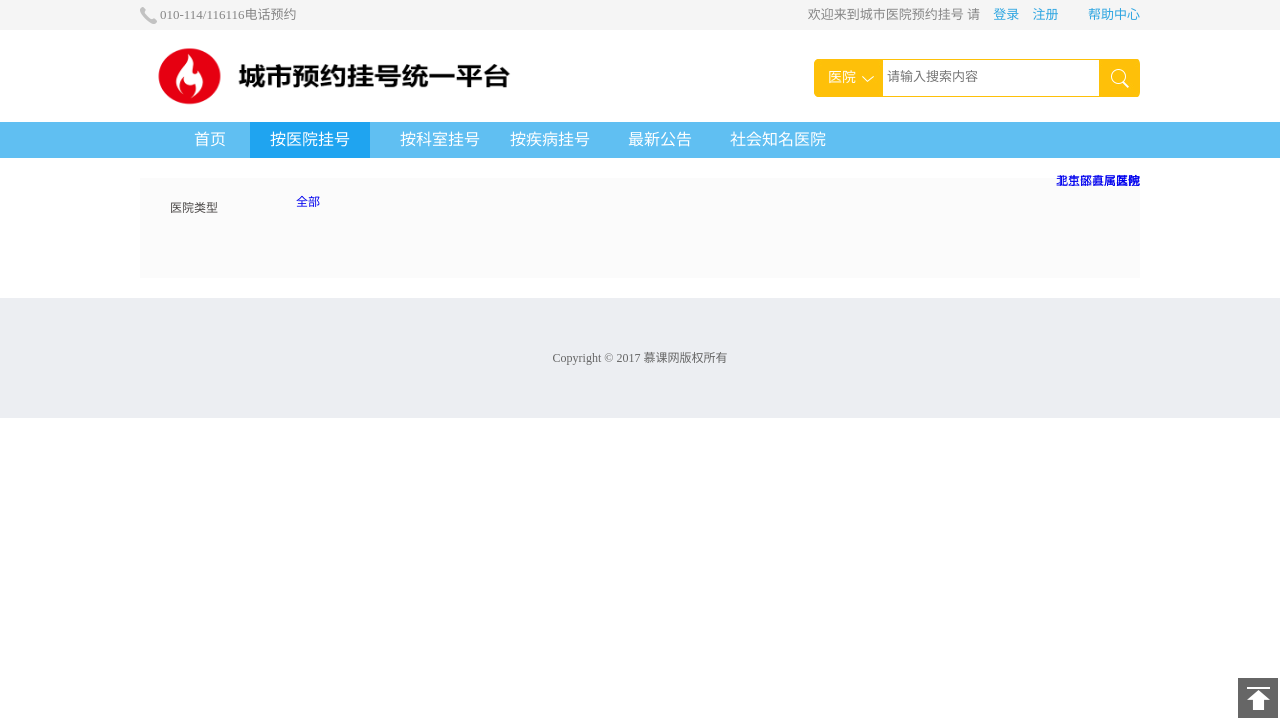
Repository: ScarApocalypse/study
Page: 挂号平台/hosptial.html
The author's editor kept a copy of each file at every save. The page is drawn from the files as they stood at one save, then again after the next save.
The browser window is 1280 px wide. The pictures show the whole page.

Above is the page before, as saved 2019-01-21 15:43:11.

### 挂号平台/hosptial.html
<!DOCTYPE html>
<html lang="en">

<head>
	<meta charset="UTF-8">
	<title>城市预约挂号</title>
	<link rel="stylesheet" href="css/layout.css">
	<link rel="stylesheet" type="text/css" href="css/base.css">
    <link rel="stylesheet" type="text/css" href="css/ui.css">
    <link rel="stylesheet" href="css/hosptial.css">
	<script type="text/javascript" src="js/jquery-1.7.1.min.js"></script>
	<script type="text/javascript" src="js/data.js"></script>
</head>

<body>
	<!-- 顶部区域 -->
	<div id="top" class="top">
		<div class="wrap">
			<p class="call">010-114/116116电话预约</p>
			<p class="welcome">欢迎来到城市医院预约挂号&nbsp;请&nbsp;<a href="#">登录</a>
				<a href="#">注册</a>
				&nbsp;&nbsp;&nbsp;&nbsp;
				<a href="#">帮助中心</a>
			</p>

		</div>
	</div>
	<!-- 头部区域 -->
	<div id="header" class="header">
		<div class="wrap">
			<a href="index.html" class="logo">
				<img src="img/logo.png">
			</a>
			<div class="search ui-search">
				<div class="ui-search-selected">医院</div>
				<div class="ui-search-selected-list">
					<a href="#">科室</a>
					<a href="#">疾病</a>
					<a href="#">医院</a>

				</div>
				<input class="ui-search-input" type="text" name="search-content" placeholder="请输入搜索内容">
				<a href="#" class="ui-search-submit"></a>
			</div>
		</div>
	</div>
	<!-- 导航栏区域 -->
	<div id="nav" class="nav">
		<div class="wrap">
            <a href="index.html" class="link">首页</a>
			<a href="hosptial.html" class="link link_focus">按医院挂号</a>
			<a href="#" class="link">按科室挂号</a>
			<a href="#" class="link">按疾病挂号</a>
			<a href="#" class="link">最新公告</a>
			<a href="#" class="link right">社会知名医院</a>
		</div>
	</div>
    <!-- 筛选区域 -->
    <div id="filter" class="filter wrap">
        <div class="group">
            <div class="caption">
                医院类型
                <a href="#" class="condition">全部</a>

            </div>
            <a href="#" class="condition">卫生部直属医院</a>
            <a href="#" class="condition">北京区县属医院</a>
            <a href="#" class="condition">其他</a>
        </div>
    </div>
	<!-- 页脚区域 -->
	<div id="footer" class="footer">
		Copyright &copy 2017 慕课网版权所有
	</div>
	<!-- 回到顶部 -->
	<a class="go-top" href="#"></a>
	<script type="text/javascript" src="js/ui.js"></script>
</body>

</html>

### 挂号平台/css/layout.css
*{
	margin:0;
	padding:0;
}
.clearfix:after{
	content:' ';
	display: block;
	height:0;
	line-height: 0;
	clear:both;
	zoom:1;
}
.wrap{
	width: 1000px;
	margin:0 auto;
	position: relative;
}
.top{
	height: 30px;
	background-color:#f5f5f5;
}
.header{
	height: 92px;
}
.nav{
	height: 36px;
	background-color:#60bff2;
}
.banner{
	width: 802px;
	margin:0 auto;
	height: 414px;
	padding:9px 0 0 198px;
}
.banner-slider{
	float: left;
	width: 544px;
	height: 414px;
	background-color: #8edff3;
}
.banner-search{
	float:right;
	width:250px;
	height:255px;
	background-color: #eee;
}
.banner-help{
	float: right;
	width: 250px;
	height: 146px;
	background-color: #ccc;
	margin-top:12px;
}
.content{
	padding:10px 0 38px 0;
}
.content-tab{
	float: left;
	width: 742px;
	height: 490px;
	background-color: #eee;
}
.content-close,
.content-news{
	float: right;
	width: 248px;
	height: 236px;
	border:1px solid #ccc;
}
.content-close{
	margin-top:12px;
	border-color:red;
}
.footer{
	height:70px;
	padding:25px;
	background-color: #eceef2;
}

### 挂号平台/css/base.css
p{
	display: inline-block;
}
a{
	text-decoration: none;
}
select,input{
	border:none;
	outline:none;
}
img{
	display: block;
}
/*top样式*/
.top{
	line-height: 30px;
	font-size:13px;
	color:#868686;
}
.top .call{
	float:left;
	padding-left:20px;
	background:url(../img/icon-call.png) no-repeat center left;
}
.top .welcome{
	float: right;
}
.top a{
	color:#2da5e1;
	padding-left:10px;
}
/*header样式*/
.header .logo{
	width: 402px;
	height: 74px;
	padding:9px 0;
	display: inline-block;
}
.header .logo img{
	width: 100%;
	height: 100%;
}
.header .search{
	width: 326px;
	height: 38px;
	position: absolute;
	right:0;
	top:29px;
	background-color: orange;
}
/*nav样式*/
.nav .link{
	display: inline-block;
	float:left;
	padding-left:30px;
	line-height: 36px;
	color:#fff;
	font-size:16px;
	min-width:80px;
	text-align: center;
}
.nav .link_focus{
	color:#fff;
	background-color:#1fa4f0;
	padding:0 20px;
}
.nav a:hover{
	color:#d7f3ff;
}
.nav .menu{
	width: 130px;
	padding-right: 30px;
	background-color: #1fa4f0;
	position: relative;

}
.nav .menu .menu-list{
	position: absolute;
	background-color: #1fa4f0;
	width: 100%;
	height: 423px;
	left: 0;
	top:36px;

}
/*banner内样式*/
.banner-search{
	background-color: #fafafa
}
.banner-help .caption,
.banner-search .caption{
	height: 22px;
	padding:15px 0 15px 0;
	text-align: center;
}
.banner-help .caption .text,
.banner-search .caption .text{
	display: inline-block;
	height: 22px;
	line-height: 22px;
	padding-left:28px;
	color:#fec009;
	font-size:16px;
	background: url(../img/icon-help.png) no-repeat 0 0;
}

.banner-search .form{
	height: 150px;
}
.banner-search .form .line{
	padding-bottom:9px;
	text-align: center;
}
.banner-search .form .line select{
	width: 170px;
	font-size:12px;
	z-index:0;
	border:1px solid #dcdddd;
	height: 26px;
	line-height: 26px;
	padding:2px 0;
	border-radius: 5px;
	color:#666;
}
.banner-search .submit{
	height: 32px;
	text-align: center;
}
.banner-search .submit .button{
	width: 108px;
	height: 32px;
	background-color: #f3cd09;
	font-size: 14px;
	color:#fff;
	border-radius: 3px;
	cursor: pointer;
}
.banner-help{
	background-color: #fafafa;
}
.banner-help .caption .text{
	color:#00b3ea;
	background-position: 0 -23px;
}
.banner-help .link{
	color:#00b3ea;
	display: inline-block;
	width: 86px;
	height: 26px;
	line-height: 26px;
	font-size:14px;
	text-align: center;
	padding:0 0 8px 26px;
}
/*content样式*/

/*content新闻和停诊样式*/
.content-close,
.content-news{
	background-color:#fff;
	border:1px solid #f4f6fa;
}
.content-close .caption,
.content-news .caption{
	height:38px;
	line-height: 38px;
	background-color: #f4f6fa;
	text-indent:20px;
	color:#fec009;
	font-size:15px;
}
.content-close .more,
.content-news .more{
	float: right;
	padding-right: 22px;
	font-size:12px;
	color:#868686;
}
.content-close .list,
.content-news .list{
	padding: 15px 20px 13px 35px;
	line-height: 29px;
	font-size:12px;
	background: url(../img/list-yellow.jpg) 15px 22px no-repeat;
}
.content-close .list .link,
.content-news .list .link{
	display: block;
	color:#969696;
}
.content-close .caption{
	color:#4ab4ed;
}
.content-close .list{
	background: url(../img/list-blue.jpg) 15px 22px no-repeat;

}
/*tab样式*/
.content-tab{
	background: none;
}
.content-tab .caption{
	height: 34px;
	line-height: 34px;
	background-color: #f5f6fa;
}
.content-tab .caption .item{
	display: block;
	width: 112px;
	height: 34px;
	text-align: center;
	float: left;
	color:#00b3ea;
}
.content-tab .caption .item_focus{
	background-color: #60bff2;
	color:#fff;
}
.content .block{
	border:1px solid #f4f6fa;
	height: 452px;
}
.content-tab .block-caption{
	height: 26px;
	line-height: 26px;
	padding:8px;
	border-bottom:1px solid #f4f6fa;
}
.content-tab .block-caption-item{
	display: inline-block;
	padding:0 10px 0 10px;
	font-size:12px;
	color:#4c4948;
}
.content-tab .block-caption-item_focus{
	background-color: #60bff2;
	color:#fff;
}
.content-tab .block-content{
	padding:16px 12px;
}
.content-tab .block-content .block-list .item{
	float: left;
	width:216px;
	height: 102px;
	padding:0 20px 10px 120px;
	position: relative;
	font-size:12px;
}
.content-tab .block-content .block-list .item img{
	width: 110px;
	height: 98px;
	position: absolute;
	left:0;
	top:0;
}
.content-tab .block-content .block-list .item-name{
	color:#036eb7;
	font-size:14px;
	line-height: 21px;
	padding-top:13px;
}
.content-tab .block-content .block-list .item-level{
	float: right;
	font-size:12px;
	color:#979797;
}
.content-tab .block-content .block-list .item-phone,
.content-tab .block-content .block-list .item-address{
	/*font-size:12px;*/
	line-height: 18px;
	padding-bottom:4px;
	color:#666;
}
/*tab文案列表样式*/
.content-tab .block-content .block-text-list{

}
.content-tab .block-content .block-text-list .item{
	width: 351px;
	height: 27px;
	display: block;
	font-size:14px;
	color:#666;
	padding-top:8px;
	float: left;
	border-bottom:1px dashed #dcdddd;

}
.content-tab .block-content .block-text-list .item:nth-child(2n){
	margin-left:13px;
}
.content-tab .block-content .block-text-list .item .level{
	float: right;
	padding-right:10px;
}
.content-tab .block-content .block-more{
	display: block;
	line-height: 55px;
	text-align: center;
	color:#5084c4;
	font-size:14px;
}
/*页脚样式*/
.footer{
	line-height: 70px;
	text-align: center;
	font-size:12px;
	color:#666;
}
.go-top{
	display: block;
	position: fixed;
	width: 40px;
	height: 40px;
	right:2px;
	bottom:2px;
	z-index:99;
	color:#fff;
	background: rgb(102,102,102) url(../img/icon-go-up.png) center no-repeat;
	/*background: red;*/
}
.go-top:hover{
	background: rgb(102,102,102);
}
.go-top:hover:after{
	content:'回到顶部';
	display: block;
	line-height: 20px;
	text-align: center;
}

### 挂号平台/css/ui.css
/*ui-search搜索*/
.ui-search {
	background: url(../img/ui-search.jpg);
	font-size: 14px;
	color: #fff;
	position: relative;
}

.ui-search-selected {
	width: 70px;
	height: 38px;
	line-height: 38px;
	position: absolute;
	left: 0;
	top: 0;
	text-indent: 14px;
}

.ui-search-selected-list {
	display: none;
	position: absolute;
	width: 67px;
	line-height: 24px;
	background-color: #fff;
	box-shadow: 3px 3px 5px rgba(0, 0, 0, .2);
	left: 2px;
	top: 36px;
	z-index: 2;
}

.ui-search-selected-list a {
	display: block;
	text-align: center;
	color: #a5a2a2;
}

.ui-search-selected-list a:hover {
	background-color: #ebeef5;
}

.ui-search-input {
	width: 208px;
	height: 26px;
	position: absolute;
	top: 5px;
	left: 73px;
	line-height: 26px;
	font-size: 13px;
	color: #a5a2a2;
}

.ui-search-submit {
	display: block;
	position: absolute;
	right: 0;
	top: 1px;
	width: 40px;
	height: 36px;
}

/* ui-menu分类菜单 */
.ui-menu{}
.ui-menu-item{
	height: 22px;
	line-height: 22px;
	padding:8px 5px 9px 6px;
	/* margin-left:2px; */
	/* position: relative; */
}
.ui-menu-item:hover{
	background: #fff;
}
.ui-menu-item-department{
	float: left;
	height: 22px;
	line-height: 22px;
	position: relative;
	padding-left:30px;
	font-size:14px;
	color:#fff;
}
.ui-menu-item-department:before{
	content:'';
	display:block;
	width: 22px;
	height: 21px;
	position: absolute;
	left:0;
	top:1px;
	background:url('../img/icon-menu.jpg') -22px 0 no-repeat;
}
.ui-menu-item:nth-child(2) .ui-menu-item-department:before{
	background-position-y:-22px;
}
.ui-menu-item:nth-child(3) .ui-menu-item-department:before{
	background-position-y:-66px;
}
.ui-menu-item-disease{
	font-size: 12px;
	float:right;
	padding-left:5px;
	color:#d7f3ff
}
.ui-menu-item:hover .ui-menu-item-department:before{
	background-position-x: 0;
}
.ui-menu-item:hover .ui-menu-item-department{
	color:#333;
}
.ui-menu-item:hover .ui-menu-item-disease{
	color:#868686;
}
.ui-menu-item:hover .ui-menu-item-detail{
	display: block;
}
.ui-menu-item-detail{
	display:none;
	position: absolute;
	width: 500px;
	height: 393px;
	padding:20px 10px 10px 29px;
	background:#fff url(../img/bg-menu.jpg) center no-repeat;
	top:0;
	left:190px;
	box-shadow:5px 5px 2px rgba(0,0,0,.1);
	z-index:9;

}
.ui-menu-item-detail-group{
	padding-bottom:20px;
	text-align: left;


}
.ui-menu-item-detail-group-caption{
	width: 100%;
	display:block;
	color:#666;
	font-size:16px;
	font-weight:bold;
	line-height: 34px;
	height: 34px;
}
.ui-menu-item-detail-group-list{
	line-height: 23px;
}
.ui-menu-item-detail-group-list a{
	display: inline-block;
	color:#868686;
	margin-right:8px;
	font-size:12px;
	padding-bottom:5px;
}
.ui-menu-item-detail-group-list a:after{
	content:'|';
	color:#eee;
	padding-left:8px;
}
/* ui-slider组件 */
.ui-slider{
	width: 544px;
	height: 414px;
	position: relative;
	overflow: hidden;
}
.ui-slider-wrap{
	width: 99999px;
	height: 414px;
	position: absolute;
	left:0;
	right:0;
	transition:all .5s;
}
.ui-slider-wrap .item{
	display: block;
	float:left;
	width: 544px;
	height: 414px;
}
.ui-slider-arrow{
	width: 544px;
	height: 40px;
	position: absolute;
	/* background: #000;	 */
	top:50%;
	transform: translateY(-50%);
}
.ui-slider-arrow .item{
	display: block;
	width: 40px;
	height: 40px;
	position: absolute;
	top:0;
	background: url(../img/ui-slider-arrow.png) no-repeat;
}
.ui-slider-arrow .left{
	left:0;
}
.ui-slider-arrow .right{
	right:0;
	background-position: -40px 0;
}
.ui-slider-process{
	width: 544px;
	height: 12px;
	text-align: center;
	position: absolute;
	left:0;
	bottom:20px;
}
.ui-slider-process .item{
	display: inline-block;
	width: 16px;
	height: 16px;
	background:url(../img/ui-slider-process.png) no-repeat;

}
.ui-slider-process .item_focus,
.ui-slider-process .item:hover{
	background-position: -23px 0;
}

### 挂号平台/css/hosptial.css
.filter{
    min-height: 100px;
    background-color: #fbfbfb;
    margin:20px auto;
}
.filter .group{
    padding:15px 60px 15px 180px;
    color:#4c4948;
    font-size:12px;
    line-height: 18px;
    min-height:30px;
    position: relative;
}
.filter .group .caption{
    position: absolute;
    left: 30px;
    top: 21px;
    width: 150px;
}
.filter .group .condition{
    position: absolute;
    right:0;
    top: -6px;
}

### 挂号平台/js/data.js

var storage = {};

storage.hospital = [

	['area','level','type','name','address','phone','imgUrl','time'],

	['朝阳区','三级甲等','卫生部直属医院','首都儿科研究所附属儿童医院','北京市朝阳区雅宝路2号','010-85695756','img/hospital-1.jpg','14:30'],

	['朝阳区','三级甲等','卫生部直属医院','中日友好医院','北京市朝阳区樱花东路2号','84205288','img/hospital-2.jpg','8:30'],
	['西城区','三级甲等','卫生部直属医院','首都医科大学附属北京友谊医院','北京市西城区永安路95号','63016616','img/hospital-3.jpg','9:30'],
	['朝阳区','三级甲等','卫生部直属医院','首都医科大学附属北京地坛医院B附属','北京市朝阳区樱花东路2号','84205288','img/hospital-4.jpg','8:30'],
	['朝阳区','三级合格','北京区县属医院','空军总医院','北京市朝阳区樱花东路2号','84205288','img/hospital-5.jpg','8:30'],
	['海淀区','三级合格','北京区县属医院','航天中心医院(原721医院)','北京市海淀区玉泉路15号','59971160','img/hospital-6.jpg','8:30'],
	['丰台区','三级甲等','北京区县属医院','北京中医药大学东方医院','北京丰台区方庄芳星园一区6号','67689655','img/hospital-1.jpg','8:30'],

	['丰台区','三级合格','北京区县属医院','北京电力医院','北京市丰台区太平桥西里甲1号','84205288','img/hospital-2.jpg','8:30'],
	['顺义区','三级甲等','北京区县属医院','北京中医医院顺义医院','北京市顺义区站前东街5号','84205288','img/hospital-3.jpg','8:30'],
	['通州区','三级甲等','其他','首都医科大学附属北京潞河医院三级综合医院','北京市通州区新华南路82号','69543901','img/hospital-4.jpg','8:30'],

];

storage.department = [
	['hospitalName', ['departmentName'] ],

	['首都儿科研究所附属儿童医院',['儿科a','儿科b','儿科d'] ],
	['中日友好医院',['科室a','科室b','科室c','科室d'] ],

	['首都医科大学附属北京友谊医院', ['departmentName-1'] ],
	['首都医科大学附属北京地坛医院B附属', ['departmentName-2'] ],
	['空军总医院',['departmentName-3'] ],
	['航天中心医院(原721医院)', ['departmentName-4'] ],
	['北京中医药大学东方医院', ['departmentName-5'] ],
	['北京电力医院', ['departmentName-6'] ],
	['北京中医医院顺义医院', ['departmentName-7'] ] ,
	['首都医科大学附属北京潞河医院三级综合医院', ['departmentName-8'] ]

]

var AjaxRemoteGetData = {};

AjaxRemoteGetData.getDistinctArea = function() {

	console.log('远程数据获取','getDistinctArea');

	var map = {};
	var arr = ['医院地区'];
	for(i=1,j=storage.hospital.length; i<j ; i++){
		var _d = storage.hospital[i][0];
		map[_d] =1;
	}
	for( k in map){
		arr.push(k);

	}
	console.log('结果',arr);
	return arr;
}
AjaxRemoteGetData.getLevelByArea  = function( area ){
	console.log('远程数据获取','getLevelByArea','arguments:',arguments);

	var map = {};
	var arr = ['医院等级'];
	for(i=1,j=storage.hospital.length; i<j ; i++){

		var _area = storage.hospital[i][0];
		var _d = storage.hospital[i][1];
		if(area == _area){
			map[_d] = 1;
		}
	}
	for( k in map){
		arr.push(k);

	}
	console.log('结果',arr);
	return arr;
}
AjaxRemoteGetData.getNameByAreaAndLevel = function( area , level ){
	console.log('远程数据获取','getNameByAreaAndLevel','arguments:',arguments);
	var map = {};
	var arr = ['医院名称'];
	for(i=1,j=storage.hospital.length; i<j ; i++){

		var _area = storage.hospital[i][0];
		var _level= storage.hospital[i][1];
		var _d = storage.hospital[i][3];
		if(level == _level && area == _area ){
			map[_d] = 1;
		}
	}
	for( k in map){
		arr.push(k);

	}
	console.log('结果',arr);
	return arr;
}
AjaxRemoteGetData.getDepartmentArrByHospitalName = function( area,level,hospitalName ){
	console.log('远程数据获取','getDepartmentArrByHospitalName','arguments:',arguments);
	var map = {};
	var arr = ['科室名称'];
	for(i=1,j=storage.department.length; i<j ; i++){

		var _hospitalName = storage.department[i][0];
		var _d = storage.department[i][1];
		if(hospitalName == _hospitalName ){
			map[_d] = 1;
		}
	}
	for( k in map){
		arr.push(k);

	}
	console.log('结果',arr);
	return arr;
}

AjaxRemoteGetData.getDistinctType=function(){
	console.log('远程数据获取','getDistinctType');

	var map = {};
	var arr = ['医院类型'];
	for(i=1,j=storage.hospital.length; i<j ; i++){
		var _d = storage.hospital[i][2];
		map[_d] =1;
	}
	for( k in map){
		arr.push(k);

	}
	console.log('结果',arr);
	return arr;
}
AjaxRemoteGetData.getDistinctLevel=function(){
	console.log('远程数据获取','getDistinctLevel');

	var map = {};
	var arr = ['医院等级'];
	for(i=1,j=storage.hospital.length; i<j ; i++){
		var _d = storage.hospital[i][1];
		map[_d] =1;
	}
	for( k in map){
		arr.push(k);

	}
	console.log('结果',arr);
	return arr;
}
AjaxRemoteGetData.getHospitalArrByFilter=function(type,level,area){
	console.log('远程数据获取','getHospitalArrByFilter','arguments:',arguments);
	var map = {};
	var arr = ['医院列表'];
	for(i=1,j=storage.hospital.length; i<j ; i++){

		var _type= storage.hospital[i][2];
		var _area = storage.hospital[i][0];
		var _level= storage.hospital[i][1];

		var _d = storage.hospital[i][3];
		if(
				(level == _level || level =='全部') &&
				(area == _area || area == '全部' ) &&
				(type == _type || type == '全部')
			){
			arr.push(storage.hospital[i]);
		}
	}
	console.log('结果',arr);
	return arr;
}

### 挂号平台/js/ui.js
//ui-search组件
$.fn.UiSearch = function () {
	var ui = $(this);
	var flag = 0;
	$('.ui-search-selected', ui).on('click', function () {
		if (flag) {
			$('.ui-search-selected-list').hide();
			flag = 0;
		} else {
			$('.ui-search-selected-list').show();
			flag = 1;
		}

		return false;
	});
	$('.ui-search-selected-list a', ui).on('click', function () {
		$('.ui-search-selected').text($(this).text());
		$('.ui-search-selected-list').hide();
		flag = 0;
		return false;
	});
	$('body').on('click', function () {
		if (flag) {
			$('.ui-search-selected-list').hide();
			flag = 0;
		}

	});
};
$.fn.UiSlider = function () {
	var ui = $(this);
	var wrap = $('.ui-slider-wrap');
	var btn_prev = $('.ui-slider-arrow .left', ui);
	var btn_next = $('.ui-slider-arrow .right', ui);
	var items = $('.ui-slider-wrap .item', ui);
	var tips = $('.ui-slider-process .item', ui);
	// 预定义
	var current = 0;
	var size = items.size();
	var width = items.eq(0).width();
	var enableAuto = true;
	// 具体操作
	ui.on('mouseover', function () {
		enableAuto = false;
	}).on('mouseout', function () {
		enableAuto = true;
	});
	wrap
		.on('move_to', function (evt, index) {
			wrap.css('left', index * width * -1);
			tips.removeClass('item_focus').eq(index).addClass('item_focus');
		})
		.on('move_prev', function () {
			if (current <= 0) {
				current = size - 1;
			}
			current = current - 1;
			wrap.triggerHandler('move_to', current);
		})
		.on('move_next', function () {
			if (current == size - 1) {
				current = -1;
			}
			current = current + 1;
			wrap.triggerHandler('move_to', current);
		})
		.on('auto_move', function () {
			setInterval(function () {
				enableAuto && wrap.triggerHandler('move_next');
			}, 2000)
		});
	btn_prev.on('click', function () {
		wrap.triggerHandler('move_prev');
	});
	btn_next.on('click', function () {
		wrap.triggerHandler('move_next');
	});
	wrap.triggerHandler('auto_move');
};
// 级联菜单
$.fn.UiCascading = function () {
	var ui = $(this);
	var selects = $('select', ui);
	selects
		.on('reloadOptions', function () {
			var method = $(this).attr('data-search');
			var args = $(this).attr('data-where').split(',');

			var data = AjaxRemoteGetData[method].apply(this,args);
			var select = $(this);

			select.find('option').remove();
			// console.log(select[0]);
			$.each(data, function (i, item) {
				var el = $('<option value="' + item + '">' + item + '</option>');
				// console.log(el[0]);

				select.append(el);
			});

		})
		.on('change', function () {
			var val = $(this).val();
			var index = selects.index(this);
			// 触发下一个select的更新，根据当前的值
			var where = $(this).attr('data-where');
			where = where ? where.split(',') : [];
			where.push($(this).val());
			selects.eq(index + 1)
				.attr('data-where', where.join(','))
				.triggerHandler('reloadOptions');

			ui.find('select:gt(' + (index + 1) + ')').each(function () {
				$(this)
					.attr('data-where', '')
					.triggerHandler('reloadOptions');
			});


		});

	selects.eq(0).triggerHandler('reloadOptions');

};
$.fn.UiTab=function(header,content,focus_prefix){
	var ui=$(this);
	var tabs=$(header,ui);
	var cons=$(content,ui);
	var focus_prefix=focus_prefix||'';
	tabs.on('click',function(){
		var index=$(this).index();

		tabs.removeClass(focus_prefix+'item_focus').eq(index).addClass(focus_prefix+'item_focus');
		cons.hide().eq(index).show();

	});
};
$(function () {
	console.log("hello");
	$('.ui-search').UiSearch();
	$('.ui-slider').UiSlider();
	$('.ui-cascading').UiCascading();
	$('.content-tab').UiTab('.caption > .item','.block > .item');
	$('.content-tab .block .item').UiTab('.block-caption>a','.block-content > .block-wrap','block-caption-');
	console.log(AjaxRemoteGetData.getDistinctArea());
});

Loaded but not shown: 挂号平台/js/jquery-1.7.1.min.js (library)

After the next save:
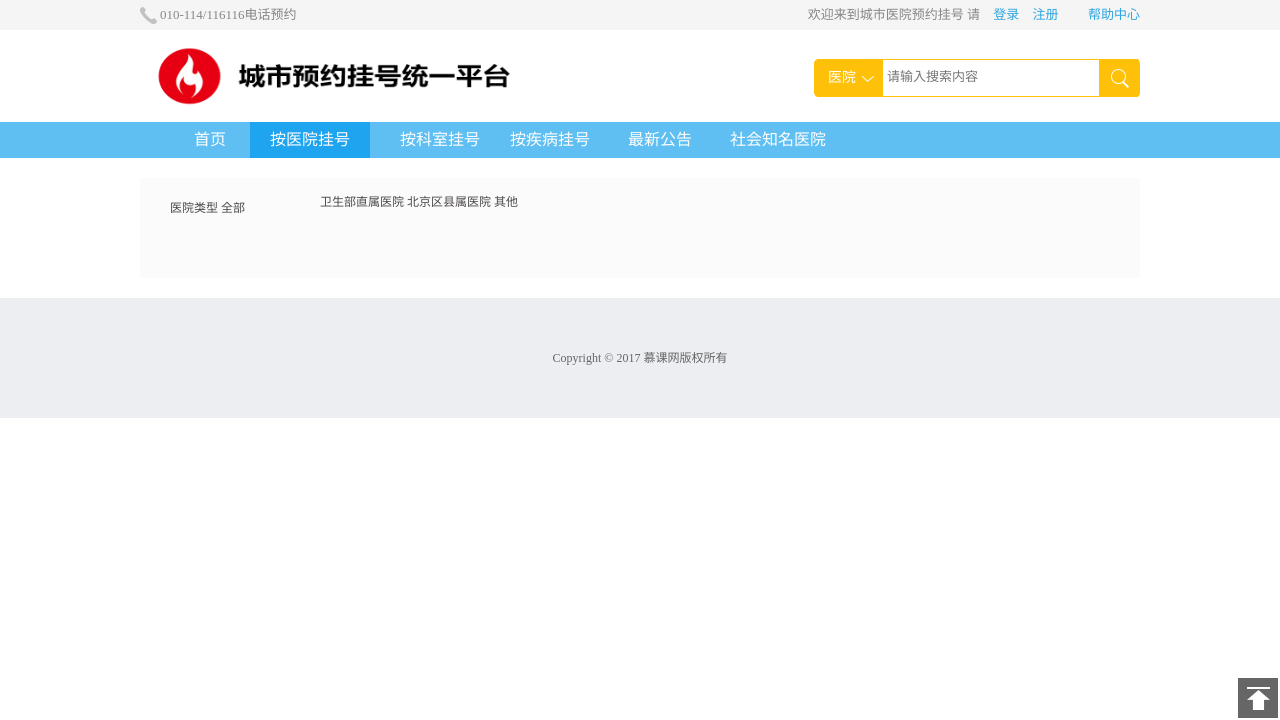
Saved 72 s later.
--- a/挂号平台/css/hosptial.css
+++ b/挂号平台/css/hosptial.css
@@ -18,7 +18,6 @@
     width: 150px;
 }
 .filter .group .condition{
-    position: absolute;
-    right:0;
-    top: -6px;
+   color:#4c4948;
+
 }
